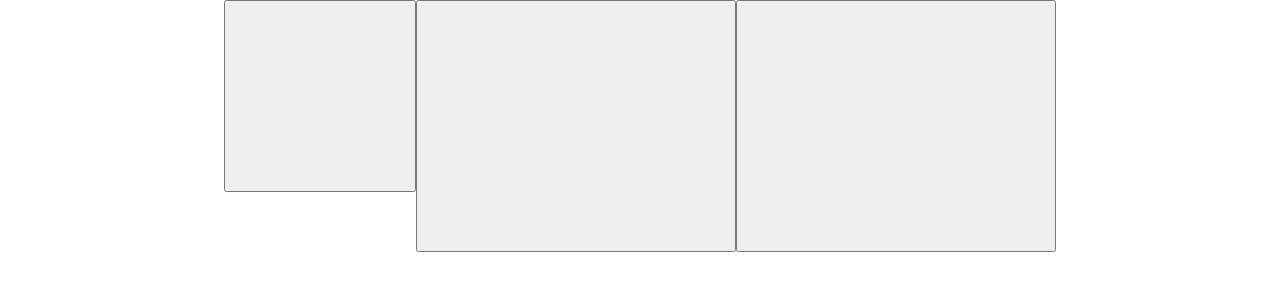
Repository: napan24/tic-tac-toe
Page: /
These files come from the project's save history. The page is drawn as it stood at one moment and after the next save; the edit follows.
The browser window is 1280 px wide. The pictures show the whole page.
The project was rebuilt for these pictures with package versions that can differ from the ones it lists, and the page was loaded fresh each time. Also part of the build but not shown: src/App.css.

Above is the page before, as saved 2022-06-12 11:42:20.

### src/App.js
import logo from './logo.svg';
import './App.css';
import { FontAwesomeIcon } from '@fortawesome/react-fontawesome';
import { faXmark } from '@fortawesome/free-solid-svg-icons';
import {faCircle} from '@fortawesome/free-regular-svg-icons';
import './tik.css';
/* <FontAwesomeIcon icon={faXmark} size="5x" /> */
/* <FontAwesomeIcon icon={faCircle} size="5x"/> */
function App() {
  return (
    <div className="row" style={{display:"flex",justifyContent:"center",alignContent:"center"}}>
      <button className="column" style={{height:"15vw",width:"15vw"}}></button>
      <button className="column"></button>
      <button className="column"></button>
    </div>
  );
}

export default App;

### src/tik.css
* {
    box-sizing: border-box;
  }

  /* Create three equal columns that floats next to each other */
  .column {
    float: left;
    width: 25%;
    height:35vh;
  }

  /* Clear floats after the columns */
  .row:after {
    content: "";
    display: table;
    clear: both;
  }

Loaded but not shown: public/index.html (common file); src/index.js (common file); src/index.css (common file); src/reportWebVitals.js (common file)

After the next save:
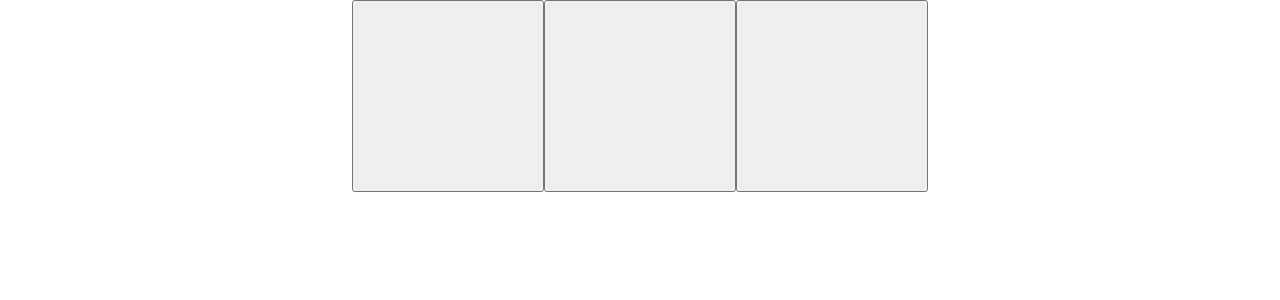
Saved 16 s later.
--- a/src/App.js
+++ b/src/App.js
@@ -10,8 +10,8 @@ function App() {
   return (
     <div className="row" style={{display:"flex",justifyContent:"center",alignContent:"center"}}>
       <button className="column" style={{height:"15vw",width:"15vw"}}></button>
-      <button className="column"></button>
-      <button className="column"></button>
+      <button className="column" style={{height:"15vw",width:"15vw"}}></button>
+      <button className="column" style={{height:"15vw",width:"15vw"}}></button>
     </div>
   );
 }
